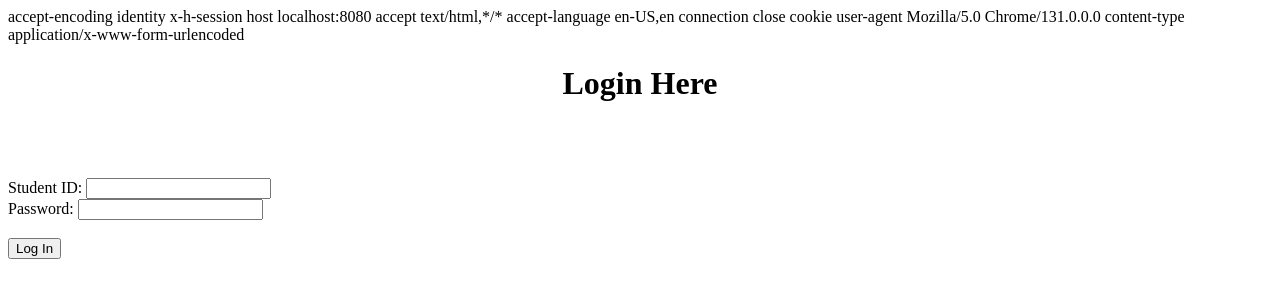
Repository: weshayutin/java258Online
Page: http://localhost/Week5Assignment/login.jsp
The author's editor kept a copy of each file at every save. The page is drawn from the files as they stood at one save, then again after the next save.
The browser window is 1280 px wide. The pictures show the whole page.
The page is served by Tomcat 9. Other server files are loaded and not shown.

Above is the page before, as saved 2011-02-09 03:15:24.

### workspace/Week5Assignment/WebContent/login.jsp
<%@ page import ="java.util.*" language="java" contentType="text/html; charset=UTF-8"
    pageEncoding="UTF-8"%>
<!DOCTYPE html PUBLIC "-//W3C//DTD HTML 4.01 Transitional//EN" "http://www.w3.org/TR/html4/loose.dtd">
<html>
<head>
<meta http-equiv="Content-Type" content="text/html; charset=UTF-8">
<title>Login Heree</title>
</head>
<body>
<%
Enumeration headerNames = request.getHeaderNames();
while(headerNames.hasMoreElements()) {
  String headerName = (String)headerNames.nextElement();
  	if(headerName.equals("message")){
  		out.println("message");
  	}
  	if(headerName.equals("message2")){
  		out.println("message2");
  	}
  out.println("<TR><TD>" + headerName);
  out.println("    <TD>" + request.getHeader(headerName));
}

%>

<h1 align="center"> Login Here</h1>
<br><br><br>
<form action="ValidateUser.do" method="POST">
	Student ID: <input type="text" name="name"/><br>
	Password: <input type="password" name="password"/><br/><br/>

	 <input type="SUBMIT" value="Log In"/>

</body>
</html>

After the next save:
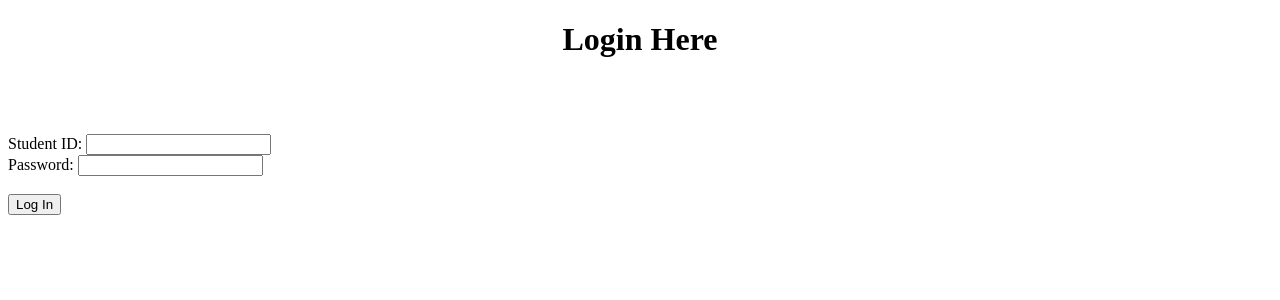
Saved 9 s later.
--- a/workspace/Week5Assignment/WebContent/login.jsp
+++ b/workspace/Week5Assignment/WebContent/login.jsp
@@ -17,8 +17,8 @@
   	if(headerName.equals("message2")){
   		out.println("message2");
   	}
-  out.println("<TR><TD>" + headerName);
-  out.println("    <TD>" + request.getHeader(headerName));
+  //out.println("<TR><TD>" + headerName);
+  //out.println("    <TD>" + request.getHeader(headerName));
 }
 
 %>
